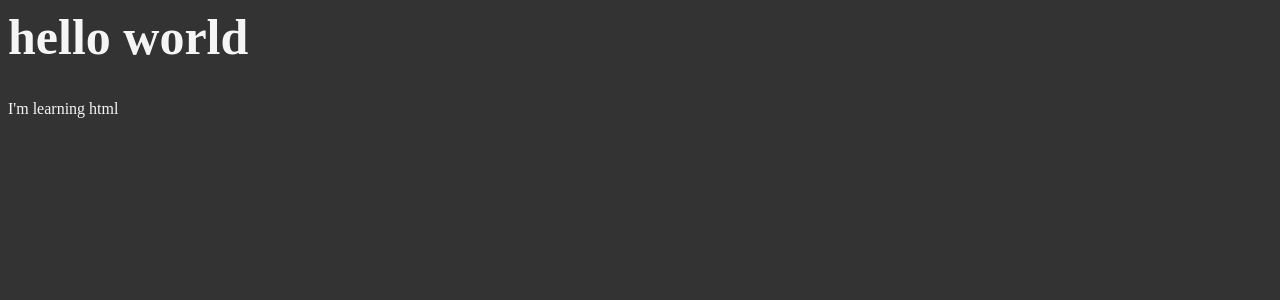
Repository: bao2222/hoc-lam-web
Page: icon.html
These files come from the project's save history. The page is drawn as it stood at one moment and after the next save; the edit follows.
The browser window is 1280 px wide. The pictures show the whole page.

Above is the page before, as saved 2024-11-17 20:10:09.

After the next save:
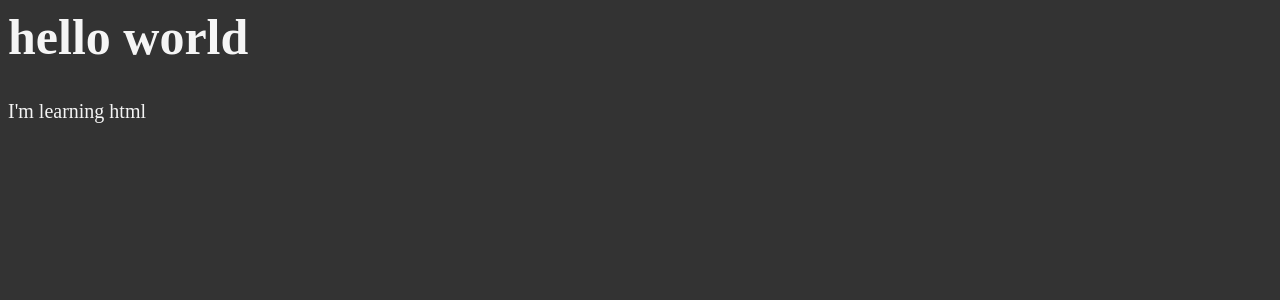
Saved 29 s later.
--- a/icon.html
+++ b/icon.html
@@ -8,6 +8,9 @@
             body {
                 background-color: #333;
                 color:whitesmoke;
+            }
+            p {
+                font-size: 20px;
             }
         </style>
 
